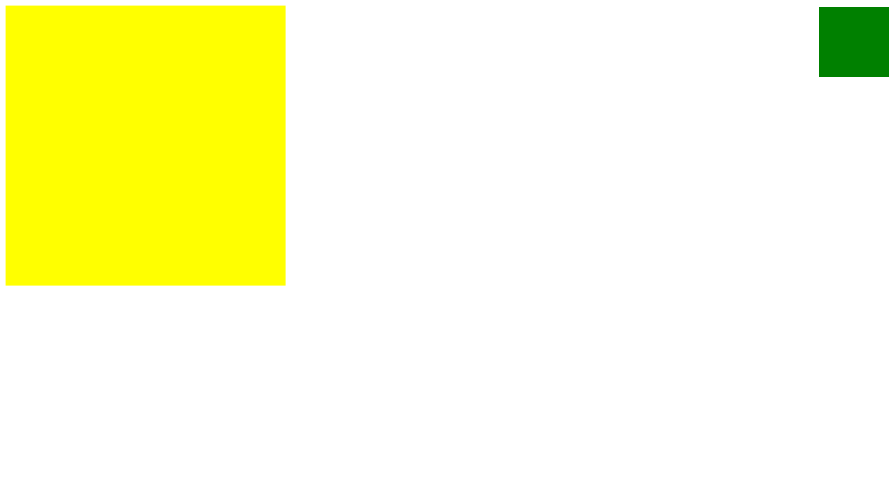
Repository: wonjunknag/kakao-clone
Page: 04-position/absolute.html
The author's editor kept a copy of each file at every save. The page is drawn from the files as they stood at one save, then again after the next save.
The browser window is 1280 px wide. The pictures show the part of the page from y = 0 to 1920 px (the page is 720 px tall before and 2880 px after), at 70% of full size.

Above is the page before, as saved 2020-07-02 00:35:29.

After the next save:
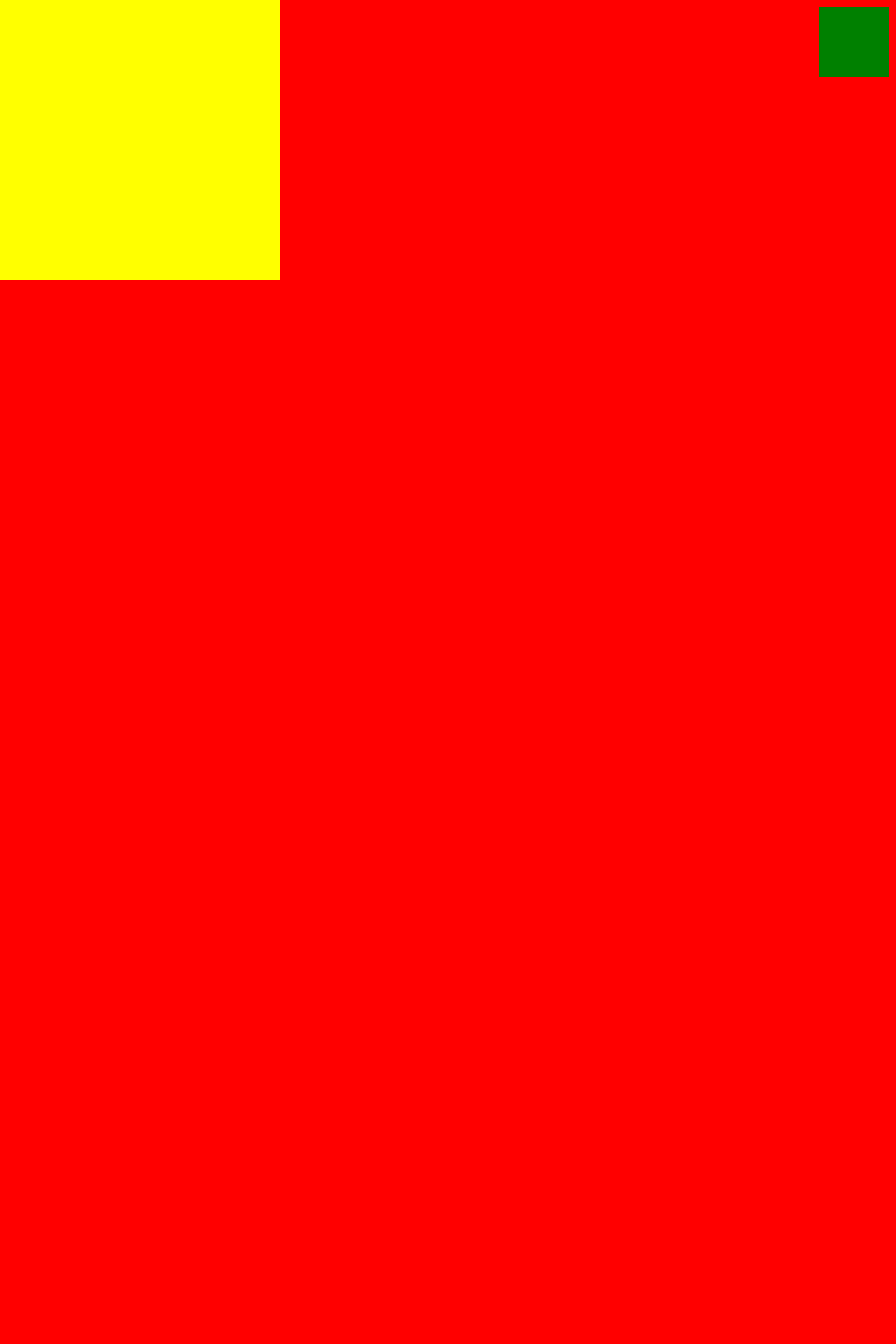
Saved 6 s later.
--- a/04-position/absolute.html
+++ b/04-position/absolute.html
@@ -6,6 +6,16 @@
     <meta http-equiv="X-UA-Compatible" content="ie=edge" />
     <title>Position</title>
     <style>
+      body,
+      html {
+        height: 100%;
+        margin: 0;
+        padding: 0;
+      }
+      body {
+        height: 400%;
+        background-color: red;
+      }
       .abs-box {
         width: 400px;
         height: 400px;
